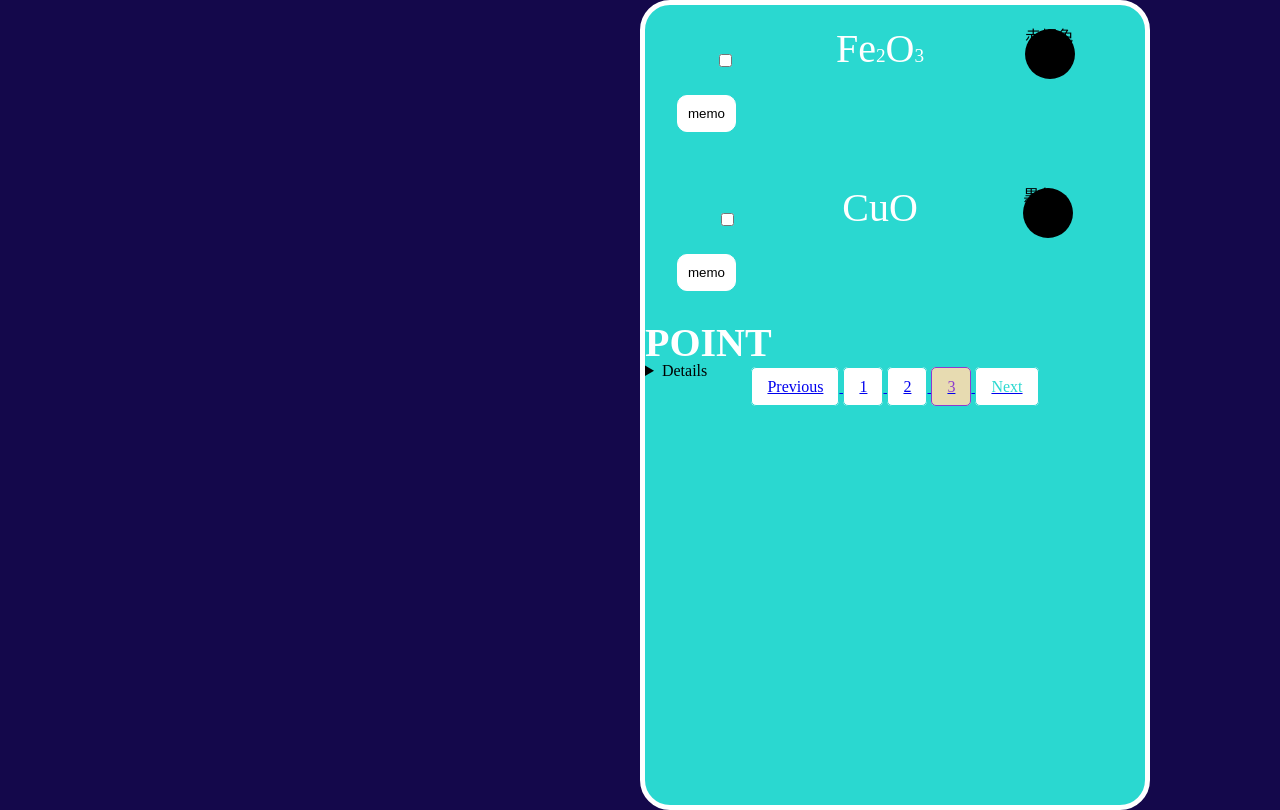
Repository: 1000sky/Inorganic_chemistry_application
Page: http://localhost/index6
These files come from the project's save history. The page is drawn as it stood at one moment and after the next save; the edit follows.
The browser window is 1280 px wide. The pictures show the whole page.
The page is served by the project's Laravel application, run on PHP 8.4 with Laravel 8.

Above is the page before, as saved 2022-07-16 15:12:08.

After the next save:
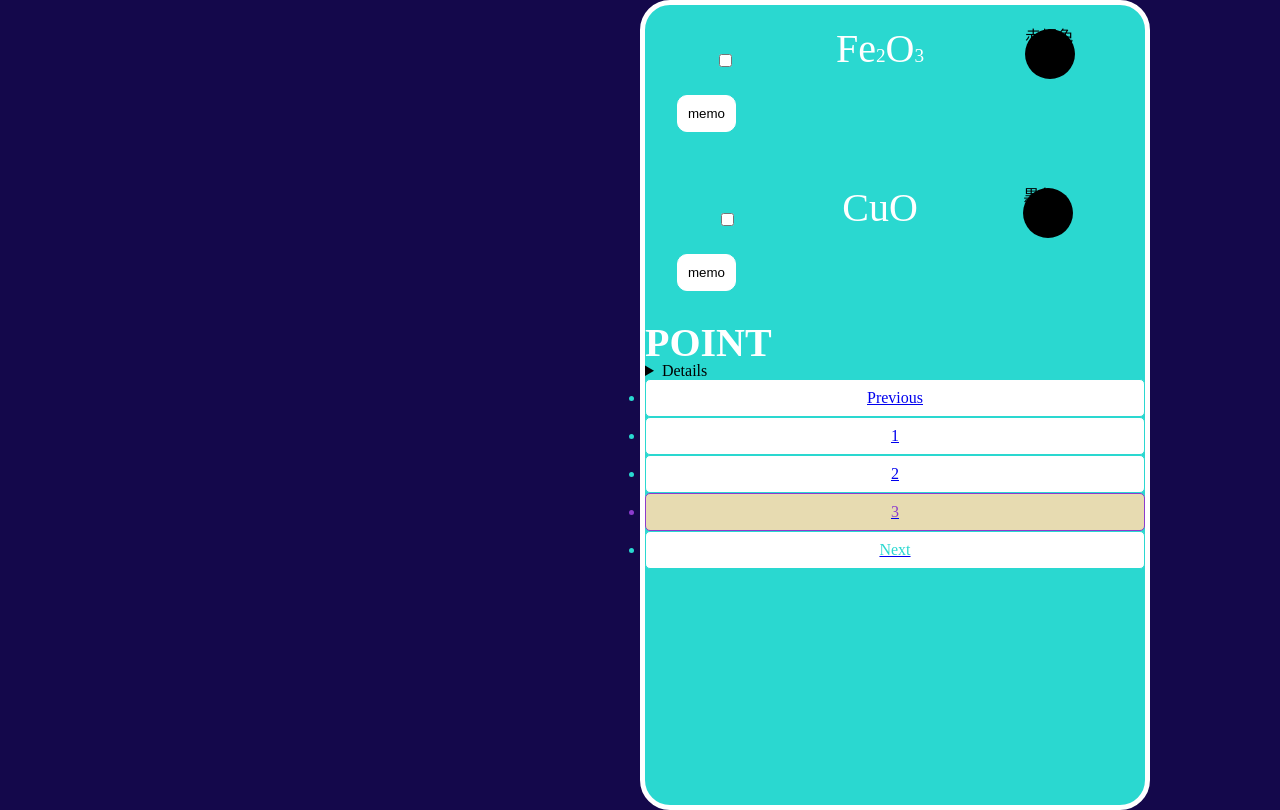
Saved 43 s later.
--- a/application/public/css/index.css
+++ b/application/public/css/index.css
@@ -70,7 +70,7 @@
 }
 
 .page li{
-  display: inline;
+  /* display: inline; */
   padding:10px 15px;
   border:solid 1px ;
   border-radius: 5px ;

After the save that followed:
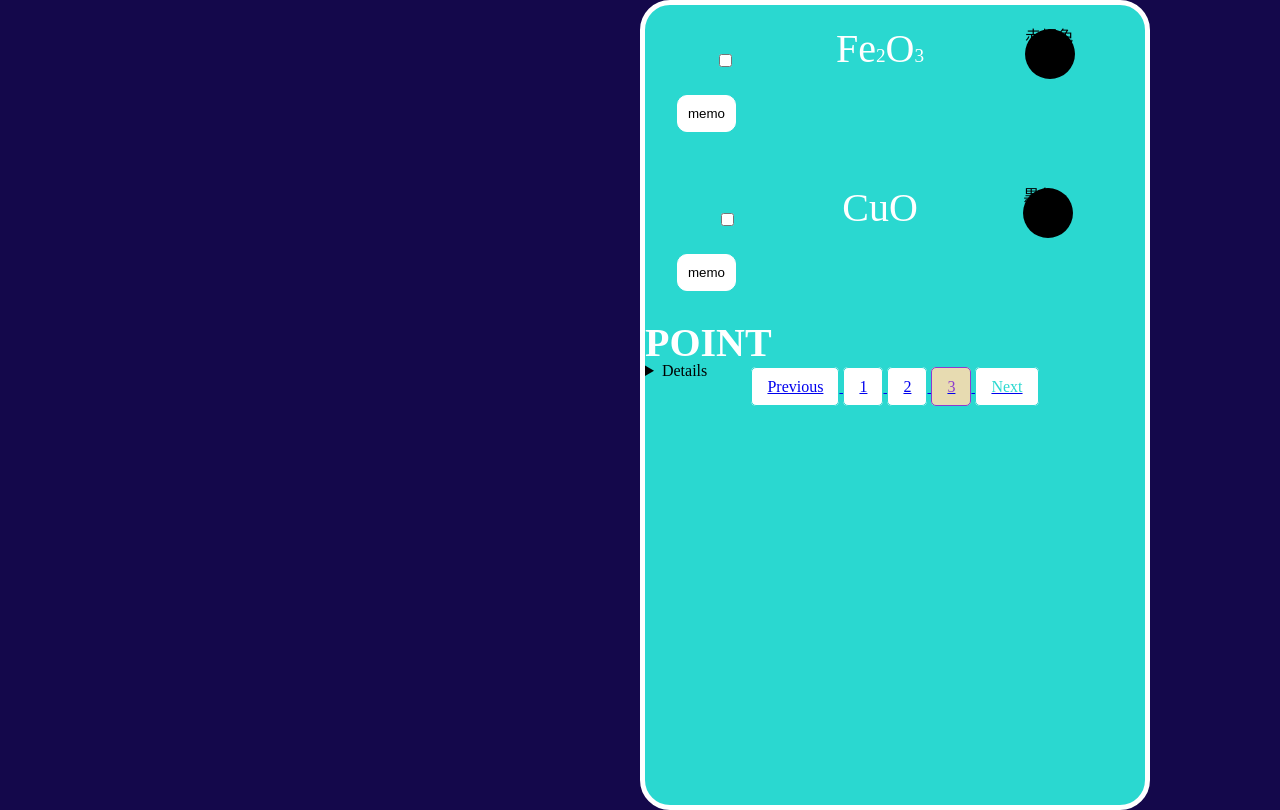
Saved 14 s later.
--- a/application/public/css/index.css
+++ b/application/public/css/index.css
@@ -70,7 +70,7 @@
 }
 
 .page li{
-  /* display: inline; */
+  display: inline;
   padding:10px 15px;
   border:solid 1px ;
   border-radius: 5px ;
